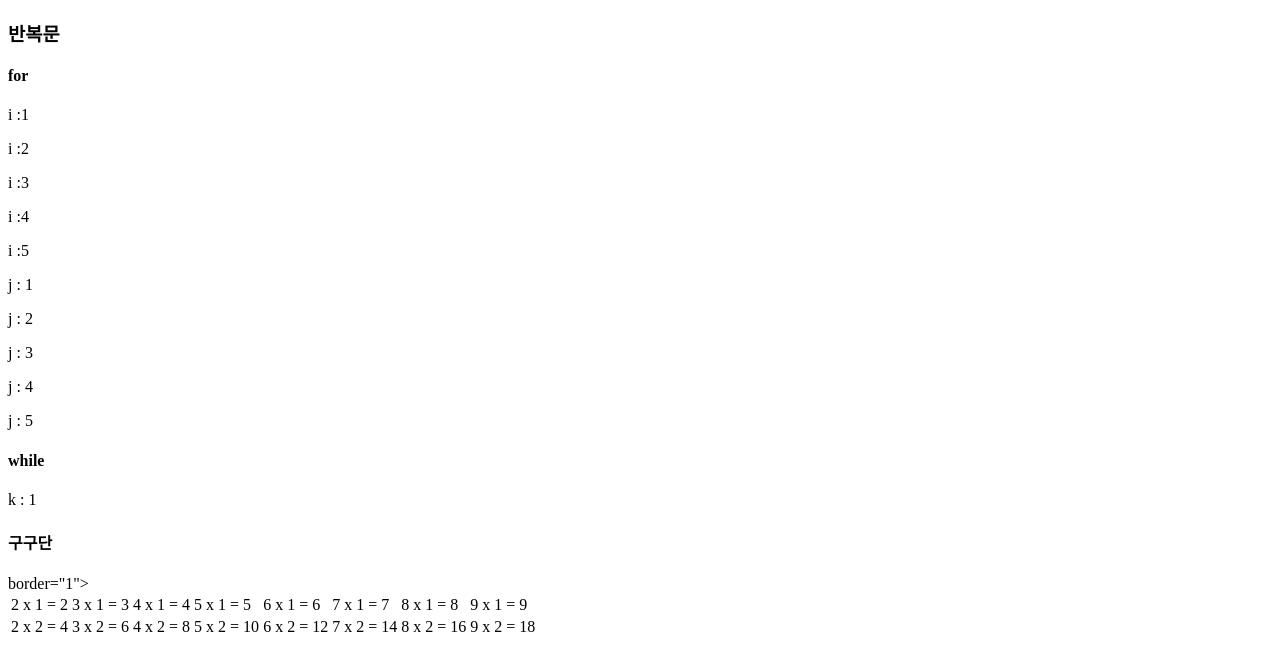
Repository: 2017112847/Jsp
Page: http://localhost/ch02/3_Loop.jsp
An editor plug-in stored every save of this project. The page is shown before and after the next save, followed by the edit.
The browser window is 1280 px wide. The pictures show the whole page.
The page is served by Tomcat 10.

Above is the page before, as saved 2025-07-28 02:05:20.

After the next save:
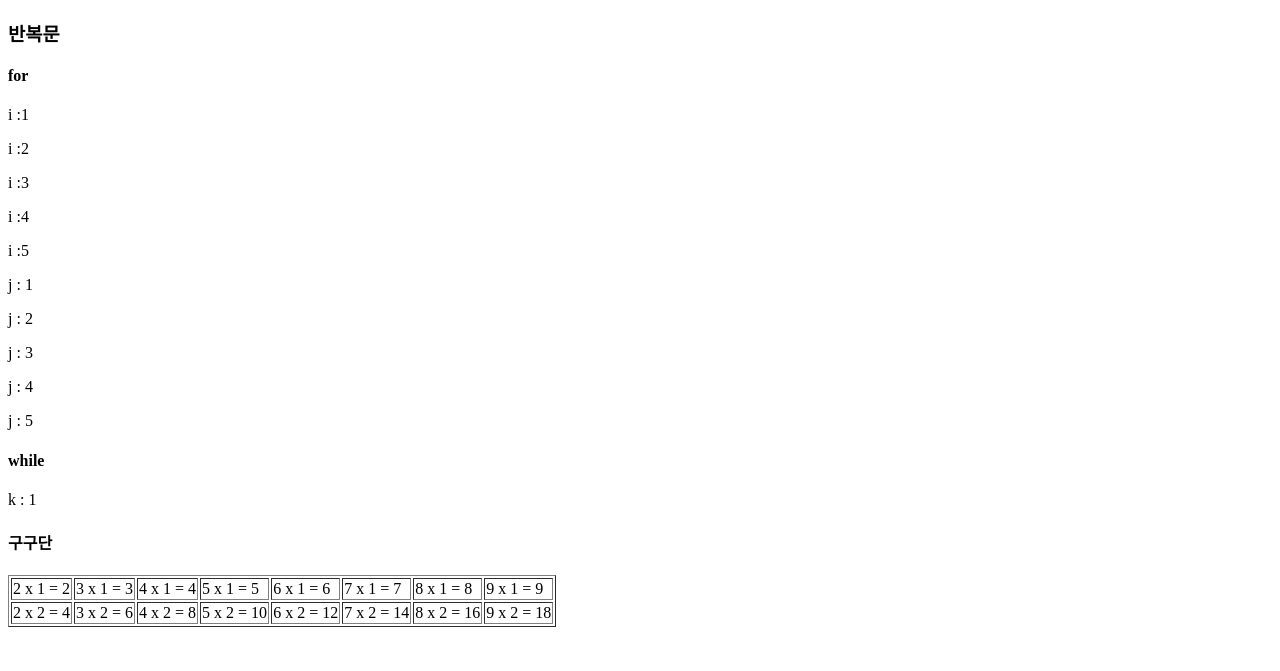
Saved 25 s later.
--- a/ch02/src/main/webapp/3_Loop.jsp
+++ b/ch02/src/main/webapp/3_Loop.jsp
@@ -32,7 +32,7 @@
 			k++; }
 		%>
 		<h4>구구단</h4>
-		<table>border="1">
+		<table border="1">
 			<tr>
 				<td>2 x 1 = 2</td>
 				<td>3 x 1 = 3</td>
